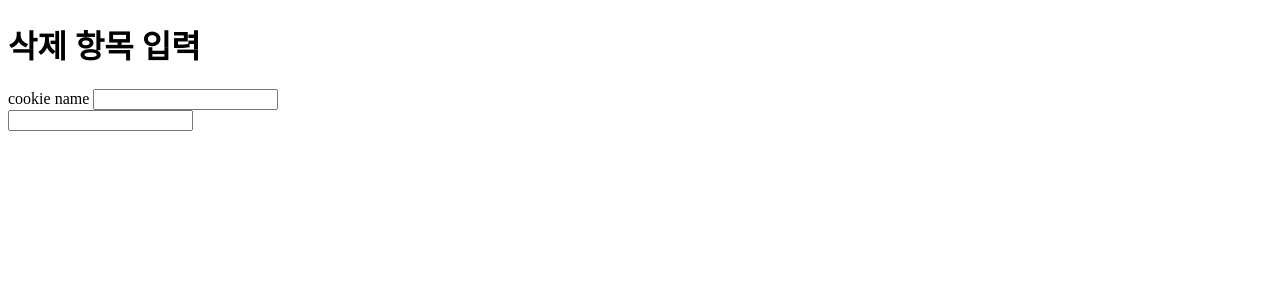
Repository: Hyuk-II/2-2
Page: http://localhost/기말고사/logout_input.jsp
An editor plug-in stored every save of this project. The page is shown before and after the next save, followed by the edit.
The browser window is 1280 px wide. The pictures show the whole page.
The page is served by Tomcat 9.

Above is the page before, as saved 2024-12-09 06:18:19.

After the next save:
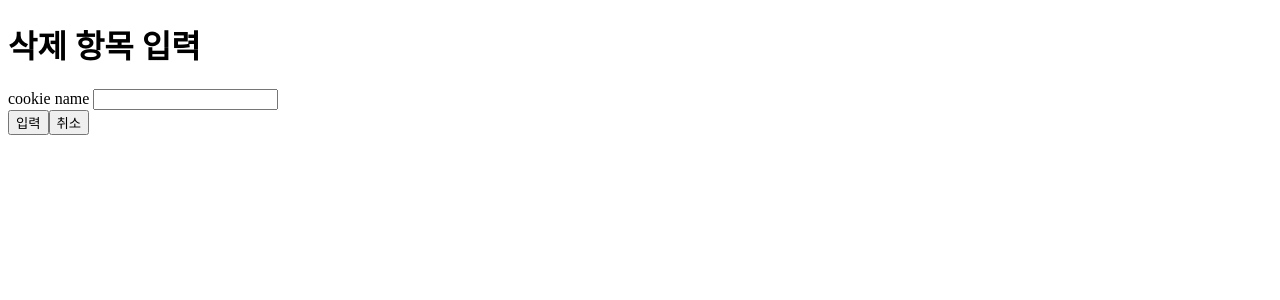
Saved 30 s later.
--- a/웹 프로그래밍/기말고사/src/main/webapp/logout_input.jsp
+++ b/웹 프로그래밍/기말고사/src/main/webapp/logout_input.jsp
@@ -10,7 +10,7 @@
 <h1>삭제 항목 입력</h1>
 <form action = "delete_spec.jsp" method = "post">
 	cookie name <input type="text"><br>
-	<input type=""
+	<input type="submit" value="입력"><input type="reset" value="취소">
 </form>
 </body>
 </html>
